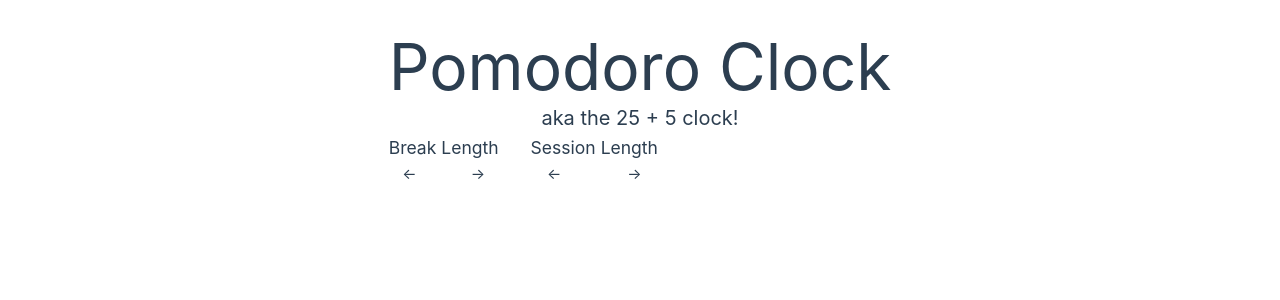
Repository: asing44/FCC
Page: / (app in Front-End-Projects/fcc-frontend-projects-pomodoro/)
The author's editor kept a copy of each file at every save. The page is drawn from the files as they stood at one save, then again after the next save.
The browser window is 1280 px wide. The pictures show the whole page.
The project was rebuilt for these pictures with package versions that can differ from the ones it lists, and the page was loaded fresh each time. Also part of the build but not shown: Front-End-Projects/fcc-frontend-projects-pomodoro/vite.config.js.

Above is the page before, as saved 2025-01-25 01:53:27.

### Front-End-Projects/fcc-frontend-projects-pomodoro/src/assets/main.css
@import './base.css';

body {
  display: flex;
  min-height: 100svh;
}

#app {
  display: flex;
  max-width: 64vw;
  flex-direction: column;
  margin: 0 auto;
  padding: 2rem;
  font-weight: normal;
}

a,
.green {
  text-decoration: none;
  color: hsla(160, 100%, 37%, 1);
  transition: 0.4s;
  padding: 3px;
}

@media (hover: hover) {
  a:hover {
    background-color: hsla(160, 100%, 37%, 0.2);
  }
}

### Front-End-Projects/fcc-frontend-projects-pomodoro/src/App.vue
<script setup>
import TheWelcome from './components/TheWelcome.vue'
</script>

<!--

States needed:
- current time
- break
- playState (play, pause, restart etc)

-->

<template>
  <header>
    <h1 class="title">Pomodoro Clock</h1>
    <h2 class="subtitle">aka the 25 + 5 clock!</h2>
  </header>
  <main>
    <TheWelcome />
  </main>
</template>

<style scoped>
.header {
  display: flex;
  width: 100%;
}

.title {
  font-size: 4rem;
  line-height: 1.1;
  text-align: center;
}

.subtitle {
  font-size: 1.25rem;
  text-align: center;
}

</style>

### Front-End-Projects/fcc-frontend-projects-pomodoro/src/components/TheWelcome.vue
<script setup>
import ClockEyebrow from './ClockEyebrows.vue'
</script>

<template>
  <div class="main-wrapper">
    <ClockEyebrow>
      <template #heading>Break Length</template>
    </ClockEyebrow>
    <ClockEyebrow>
      <template #heading>Session Length</template>
    </ClockEyebrow>
  </div>
</template>

<style scoped>

.main-wrapper {
  display: flex;
  gap: 2rem;
}

</style>


<!--
<WelcomeItem>
    <template #icon>
      <DocumentationIcon />
    </template>
    <template #heading>Documentation</template>

    Vue’s
    <a href="https://vuejs.org/" target="_blank" rel="noopener">official documentation</a>
    provides you with all information you need to get started.
  </WelcomeItem>
  -->

### Front-End-Projects/fcc-frontend-projects-pomodoro/src/components/ClockEyebrows.vue
<template>
  <div class="eyebrow">
    <div class="eyebrow_top">
      <h3>
        <slot name="heading"></slot>
      </h3>
    </div>
    <div class="eyebrow_bottom">
      <div class="icon-arrow is--left">←</div>
      <div class="eyebrow_display">
        <slot name="display"></slot>
      </div>
      <div class="icon-arrow is--right">→</div>
    </div>
  </div>
</template>

<style scoped>
.eyebrow_top {
  text-align: center;
}
  .eyebrow_bottom {
    display: flex;
    width: 100%;
    justify-content: space-around;
  }
</style>

Loaded but not shown: Front-End-Projects/fcc-frontend-projects-pomodoro/index.html (common file); Front-End-Projects/fcc-frontend-projects-pomodoro/src/main.js (common file); Front-End-Projects/fcc-frontend-projects-pomodoro/src/assets/base.css (common file)

After the next save:
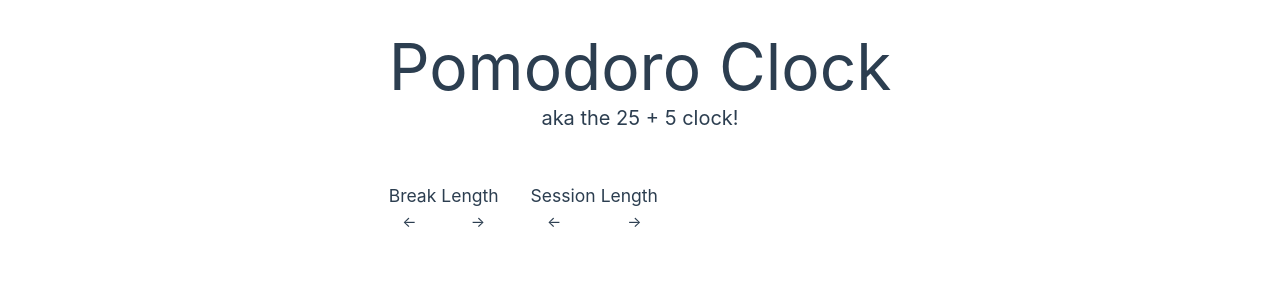
Saved 9 s later.
--- a/Front-End-Projects/fcc-frontend-projects-pomodoro/src/assets/main.css
+++ b/Front-End-Projects/fcc-frontend-projects-pomodoro/src/assets/main.css
@@ -9,6 +9,7 @@ body {
   display: flex;
   max-width: 64vw;
   flex-direction: column;
+  gap: 3rem;
   margin: 0 auto;
   padding: 2rem;
   font-weight: normal;
